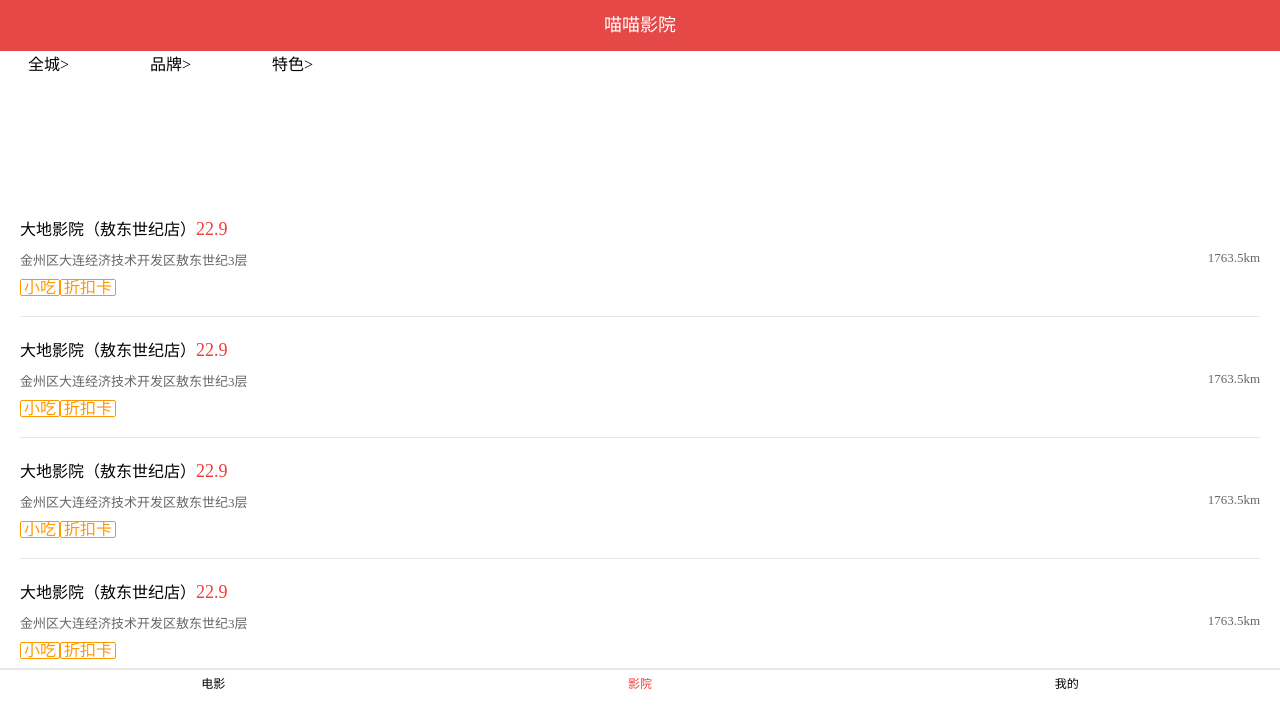
Repository: X-J-0/miaomiao_film
Page: /cinema (app in miaomiao/)
These files come from the project's save history. The page is drawn as it stood at one moment and after the next save; the edit follows.
The browser window is 1280 px wide. The pictures show the whole page.
The project was rebuilt for these pictures with package versions that can differ from the ones it lists, and the page was loaded fresh each time. Also part of the build but not shown: miaomiao/src/components/Allocate/index.vue. Imported but missing from the stored project, and not drawn on this page: miaomiao/src/components/Brand, miaomiao/src/components/Special.

Above is the page before, as saved 2020-03-24 19:45:43.

### miaomiao/public/index.html
<!DOCTYPE html>
<html lang="en">
  <head>
    <meta charset="utf-8">
    <meta http-equiv="X-UA-Compatible" content="IE=edge">
    <meta name="viewport" content="width=device-width,initial-scale=1.0,user-scalable=no">
    <link rel="icon" href="<%= BASE_URL %>favicon.ico">
    <link rel="stylesheet" href="<%= BASE_URL %>css/common.css">
    <!-- <link rel="stylesheet" href="<%= BASE_URL %>css/common.css"> -->
    <title><%= htmlWebpackPlugin.options.title %></title>
  </head>
  <body>
    <noscript>
      <strong>We're sorry but <%= htmlWebpackPlugin.options.title %> doesn't work properly without JavaScript enabled. Please enable it to continue.</strong>
    </noscript>
    <div id="app"></div>
    <!-- built files will be auto injected -->
  </body>
</html>

### miaomiao/src/App.vue
<template>
    <keep-alive>
        <router-view/>
    </keep-alive>
</template>

<style lang="scss">
</style>

### miaomiao/src/router/index.js
import Vue from 'vue'
import VueRouter from 'vue-router'
import movieRouter from './movie'
import mineRouter from './mine'
import cinemaRouter from './cinema'

Vue.use(VueRouter)


const router = new VueRouter({
  mode: 'history',
  base: process.env.BASE_URL,
  routes: [
    movieRouter,
    mineRouter,
    cinemaRouter,
    {
      path:'/*',
      redirect:'/movie'
    }
  ]
})

export default router

### miaomiao/src/router/movie/index.js
export default {
    path:'/movie',
    component : () => import('@/views/Movie'),
    children:[
        {
            path:'city',
            component:()=>import('@/components/City')
        },
        {
            path:'nowPlaying',
            component:()=>import('@/components/NowPlaying')
        },
        {
            path:'comingSoon',
            component:()=>import('@/components/ComingSoon')
        },
        {
            path:'search',
            component:()=>import('@/components/Search')
        },
        {
            path:'/movie',
            redirect:'/movie/nowPlaying'
        }
    ]
}

### miaomiao/src/router/mine/index.js
export default {
    path:'/mine',
    component : () => import('@/views/Mine'),
    children:[
        {
            path:'center',
            component:()=>import('@/views/Mine/center.vue')
        },
        {
            path:'login',
            component:()=>import('@/components/Login')
        },
        {
            path:'register',
            component:()=>import('@/components/Register')
        },
        {
            path:'findPassword',
            component:()=>import('@/components/FindPassword')
        },
        {
            path:'/mine',
            redirect:'center'
        }
    ]
}

### miaomiao/src/router/cinema/index.js
export default {
    path:'/cinema',
    component : () => import('@/views/Cinema'),
    children:[
        {
            path:'allocate',
            component:()=>import('@/components/Allocate')
        },
        {
            path:'brand',
            component:()=>import('@/components/Brand')
        },
        {
            path:'special',
            component:()=>import('@/components/Special')
        },
        {
            path:'/cinema',
            redirect:'/cinema/allocate'
        }
    ]
}

### miaomiao/src/views/Cinema/index.vue
<template>
    <div id="main">
        <Header title="喵喵影院" />
        <div id="content">
          <ul class="cinema_menu">
            <li class="city_switch">
              全城>
            </li>
            <li class="brand_switch">
              品牌>
            </li>
            <li class="feature_switch">
              特色>
            </li>
          </ul>
        </div>
        <Clist/>
        <TabBar />
    </div>
</template>

<script>

import Header from '@/components/Header';
import TabBar from '@/components/TabBar';
import Clist from '@/components/Clist';
export default {
  name:'Cinema',
    components : {
    Header,
    TabBar,
    Clist
  },
  data(){
   return {

   }
  }
}
</script>

<style scoped>
.cinema_menu li{
  margin-left:28px;
  margin-right:53px;
  float:left;
}
</style>

### miaomiao/src/components/Header/index.vue
<template>
    <header id="header">
        <h1>{{title}}</h1>
    </header>
</template>

<script>
export default {
  name:'Header',
  props:{
      title:{
          type:String,
          default:'喵喵电影'
      }
  }
}
</script>

<style scoped>
#header{width:100%;height:50px;color:#fff;background-color: #e54847;border-bottom:1px solid #e54847;position: relative;}
#header h1{font-size:18px;text-align: center;line-height: 50px; font-weight: normal;}
#header i{position:absolute;left:5px;top:50%;margin-top:-13px;font-size:26px;}
</style>

### miaomiao/src/components/TabBar/index.vue
<template>
    <footer id="footer">
        <ul>
            <router-link tag="li" to="/movie">
                <!-- <i class="iconfont icon-dianying"></i> -->
                <p>电影</p>
            </router-link>
            <router-link tag="li" to="/cinema">
                <!-- <i class="iconfont icon-yingyuan"></i> -->
                <p>影院</p>
            </router-link>
            <router-link tag="li" to="/mine">
                <!-- <i class="iconfont icon-dianying"></i> -->
                <p>我的</p>
            </router-link>
        </ul>
    </footer>
</template>

<script>
export default {
  name:'Footer',
  data(){
   return {

   }
  }
}
</script>

<style scoped>
#footer{width:100%; height:50px;background-color: #fff;border-top:2px #ebe8e3 solid;position:fixed;left:0;bottom:0;}
#footer ul{display:flex;text-align: center;height:50px;align-items:center;}
#footer ul li{flex:1;height:40px;}
#footer ul li.active{color:#f03d37;}
#footer ul li.router-link-active{color:#f03d37;}
#footer ul i{font-size:20px;}
#footer ul p{font-size:12px;line-height:18px;}
</style>

### miaomiao/src/components/Clist/index.vue
<template>
<div class="cinema_body">
    <ul>
        <li>
            <div>
                <span>大地影院（敖东世纪店）</span>
                <span class="q"><span class="price">22.9</span></span>
            </div>
            <div class="address">
                <span>金州区大连经济技术开发区敖东世纪3层</span>
                <span>1763.5km</span>
            </div>
            <div class="card">
                <div>小吃</div>
                <div>折扣卡</div>
            </div>
        </li>
        <li>
            <div>
                <span>大地影院（敖东世纪店）</span>
                <span class="q"><span class="price">22.9</span></span>
            </div>
            <div class="address">
                <span>金州区大连经济技术开发区敖东世纪3层</span>
                <span>1763.5km</span>
            </div>
            <div class="card">
                <div>小吃</div>
                <div>折扣卡</div>
            </div>
        </li>
        <li>
            <div>
                <span>大地影院（敖东世纪店）</span>
                <span class="q"><span class="price">22.9</span></span>
            </div>
            <div class="address">
                <span>金州区大连经济技术开发区敖东世纪3层</span>
                <span>1763.5km</span>
            </div>
            <div class="card">
                <div>小吃</div>
                <div>折扣卡</div>
            </div>
        </li>
        <li>
            <div>
                <span>大地影院（敖东世纪店）</span>
                <span class="q"><span class="price">22.9</span></span>
            </div>
            <div class="address">
                <span>金州区大连经济技术开发区敖东世纪3层</span>
                <span>1763.5km</span>
            </div>
            <div class="card">
                <div>小吃</div>
                <div>折扣卡</div>
            </div>
        </li>
    </ul>
</div>
</template>

<script>
export default {
  name:'Clist',
  data(){
   return {

   }
  }
}
</script>

<style scoped>
#content .cinema_body{flex:1;overflow:auto;}
.cinema_body ul{padding:20px;}
.cinema_body li{border-bottom:1px solid #e6e6e6;margin-bottom:20px;}
.cinema_body div{margin-bottom:10px;}
.cinema_body .q{font-size:11px;color:#f03d37;}
.cinema_body .price{font-size:18px;}
.cinema_body .address{font-size:13px;color:#666;}
.cinema_body .address span:nth-of-type(2){float:right;}
.cinema_body .card{display:flex;}
.cinema_body .card div{padding:0 3px;height:15px;line-height: 15px;border-radius: 2px;color:#f90;border:1px solid #f90;}
.cinema_body .card div.or{color:#f90;border:1px solid #f90;}
.cinema_body .card div.bl{color:#589daf;border:1px solid #589daf;}
</style>

### miaomiao/public/css/common.css
*{ margin : 0; padding : 0;}
ul,li{ list-style: none}
img{ display: block}
html, body{ height:100%}
.clearfix:after{ content:""; display:block; clear:both}
#main{ height: 100%; display: flex; flex-direction: column;}
#content{ flex:1; overflow:auto; margin-bottom: 50px;position: relative;display: flex;flex-direction: column;}

Loaded but not shown: miaomiao/src/main.js (common file); miaomiao/src/store/index.js (common file)

After the next save:
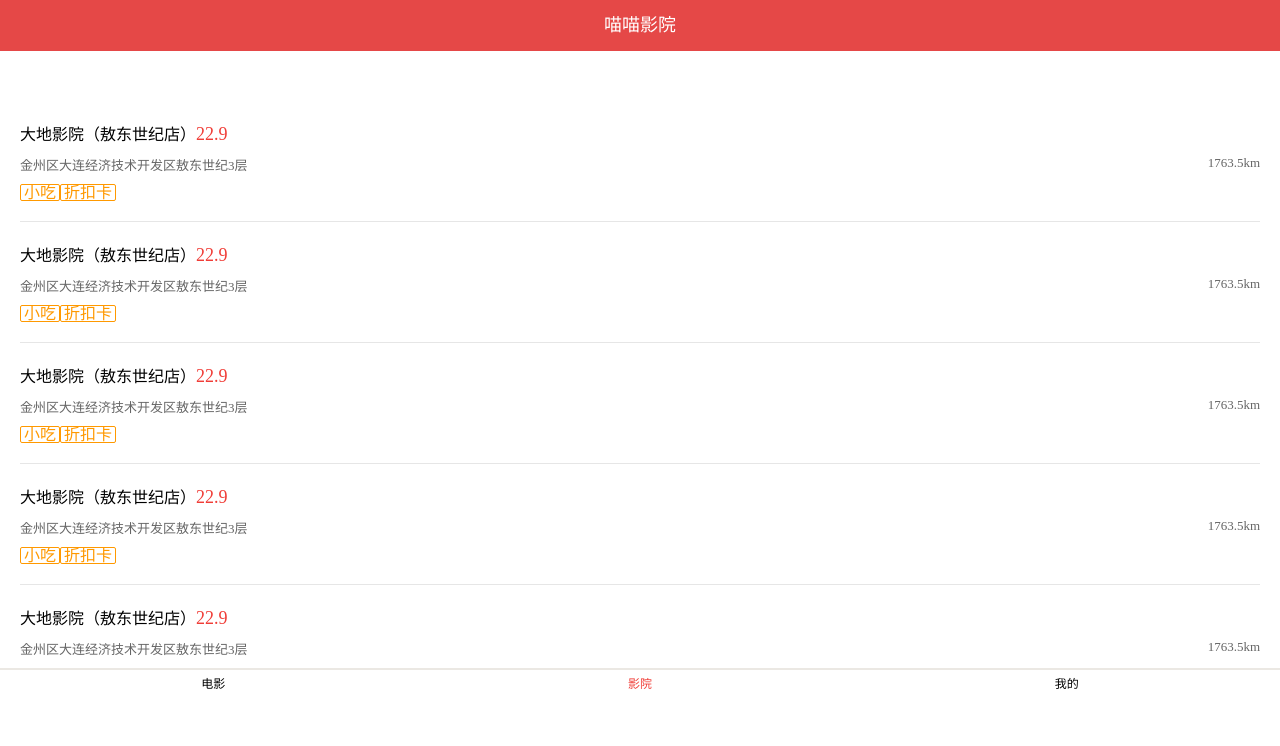
Saved 21 s later.
--- a/miaomiao/src/components/Clist/index.vue
+++ b/miaomiao/src/components/Clist/index.vue
@@ -1,6 +1,20 @@
 <template>
 <div class="cinema_body">
     <ul>
+        <li>
+            <div>
+                <span>大地影院（敖东世纪店）</span>
+                <span class="q"><span class="price">22.9</span></span>
+            </div>
+            <div class="address">
+                <span>金州区大连经济技术开发区敖东世纪3层</span>
+                <span>1763.5km</span>
+            </div>
+            <div class="card">
+                <div>小吃</div>
+                <div>折扣卡</div>
+            </div>
+        </li>
         <li>
             <div>
                 <span>大地影院（敖东世纪店）</span>

After the save that followed:
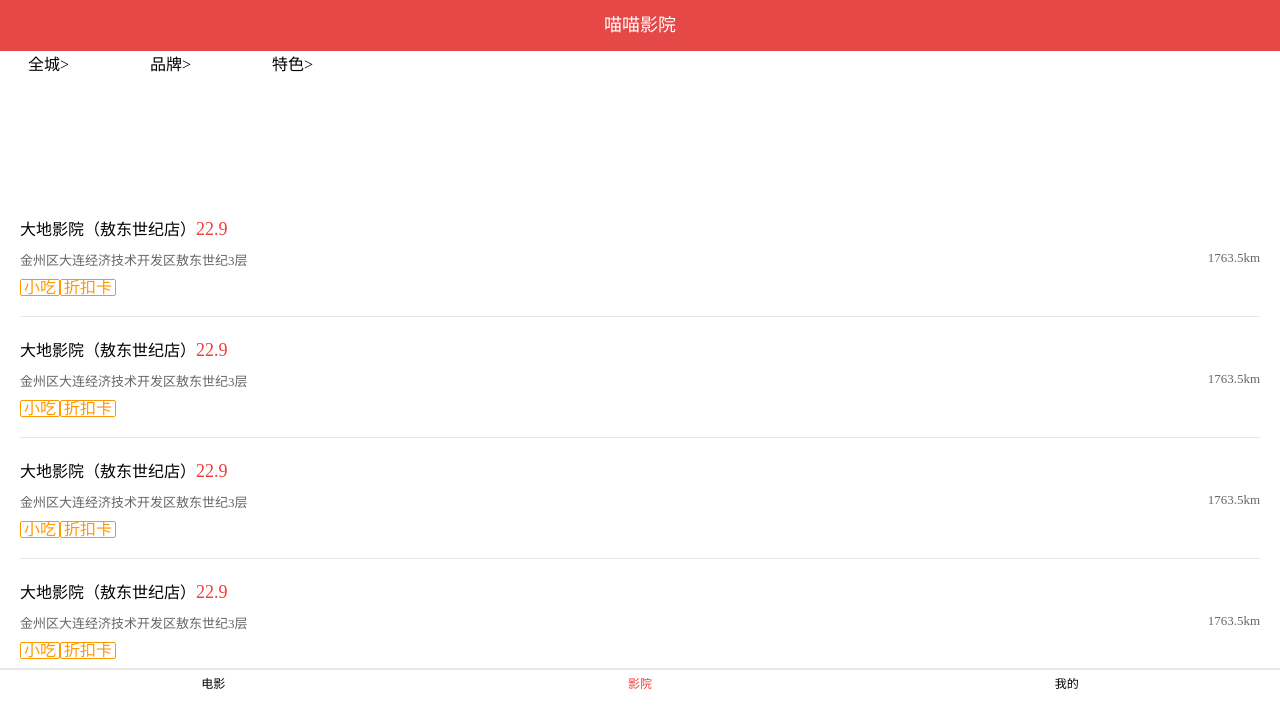
Saved 32 s later.
--- a/miaomiao/src/components/Clist/index.vue
+++ b/miaomiao/src/components/Clist/index.vue
@@ -57,7 +57,7 @@
                 <div>折扣卡</div>
             </div>
         </li>
-        <li>
+        <!-- <li>
             <div>
                 <span>大地影院（敖东世纪店）</span>
                 <span class="q"><span class="price">22.9</span></span>
@@ -70,7 +70,7 @@
                 <div>小吃</div>
                 <div>折扣卡</div>
             </div>
-        </li>
+        </li> -->
     </ul>
 </div>
 </template>
